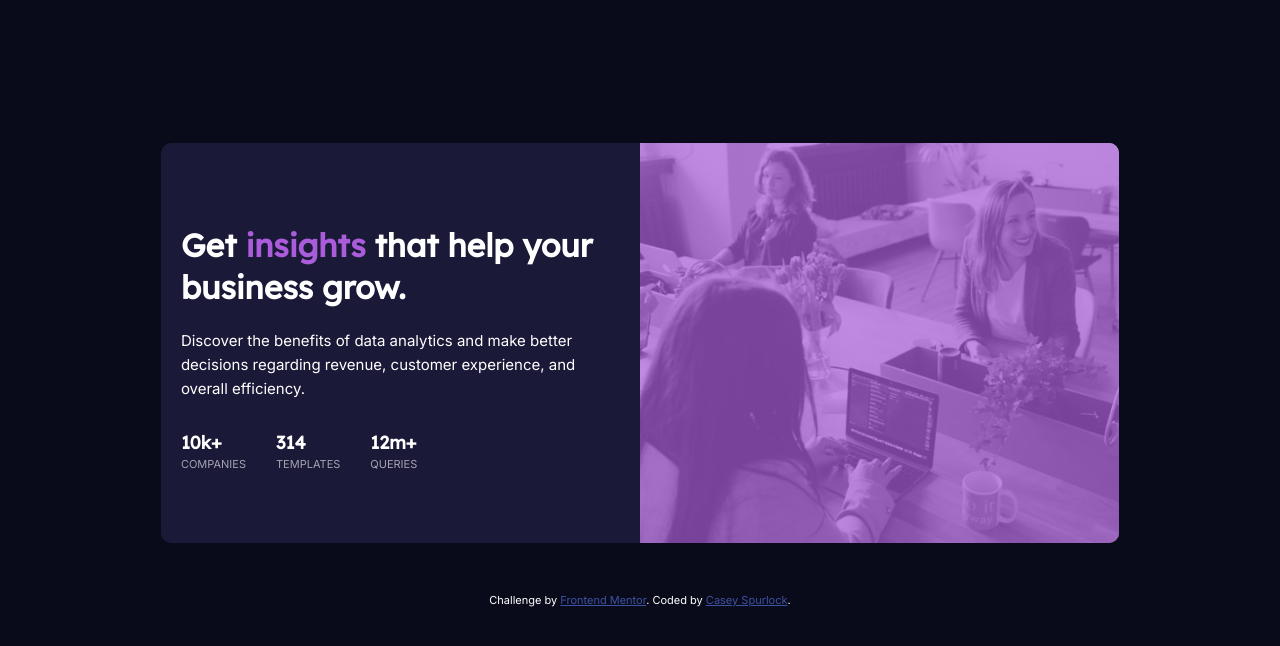
Repository: CaseySpurlock/stats-prewiew-component
Page: index.html
An editor plug-in stored every save of this project. The page is shown before and after the next save, followed by the edit.
The browser window is 1280 px wide. The pictures show the whole page.

Above is the page before, as saved 2021-06-22 12:38:13.

After the next save:
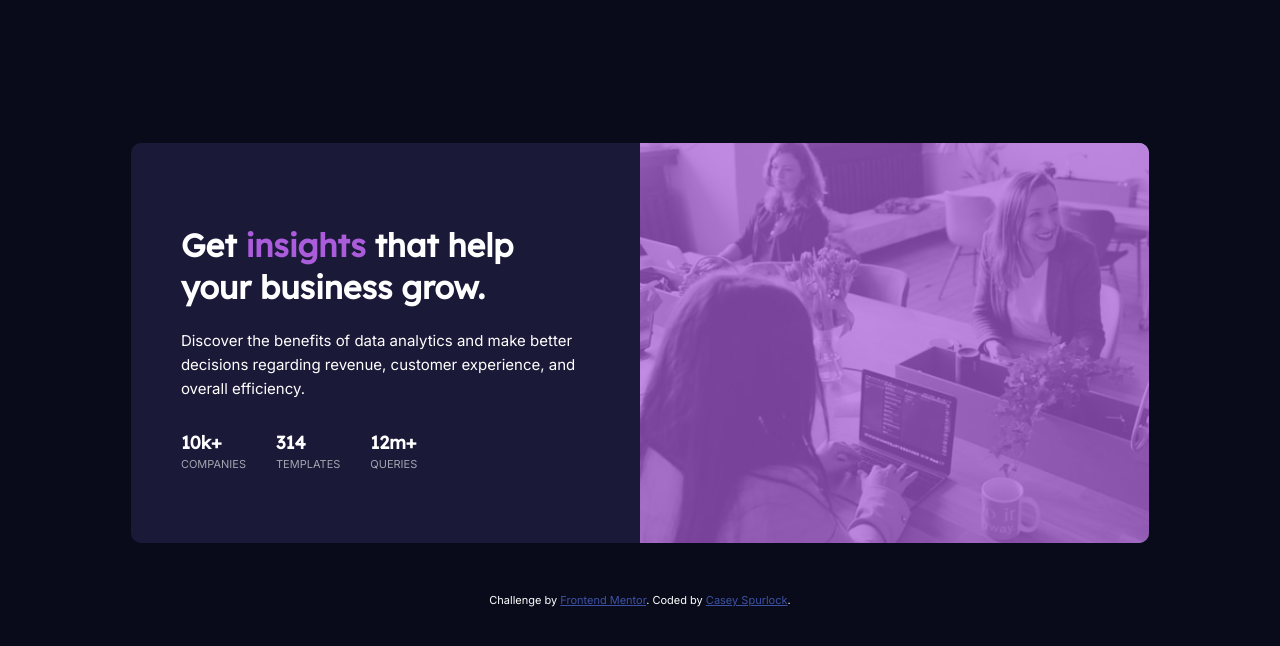
Saved 68 s later.
--- a/styles.css
+++ b/styles.css
@@ -147,4 +147,7 @@
         min-height: 100vh;
     }
 
+    .container .card:nth-child(2) {
+        padding: 0 30px;
+    }
 }
